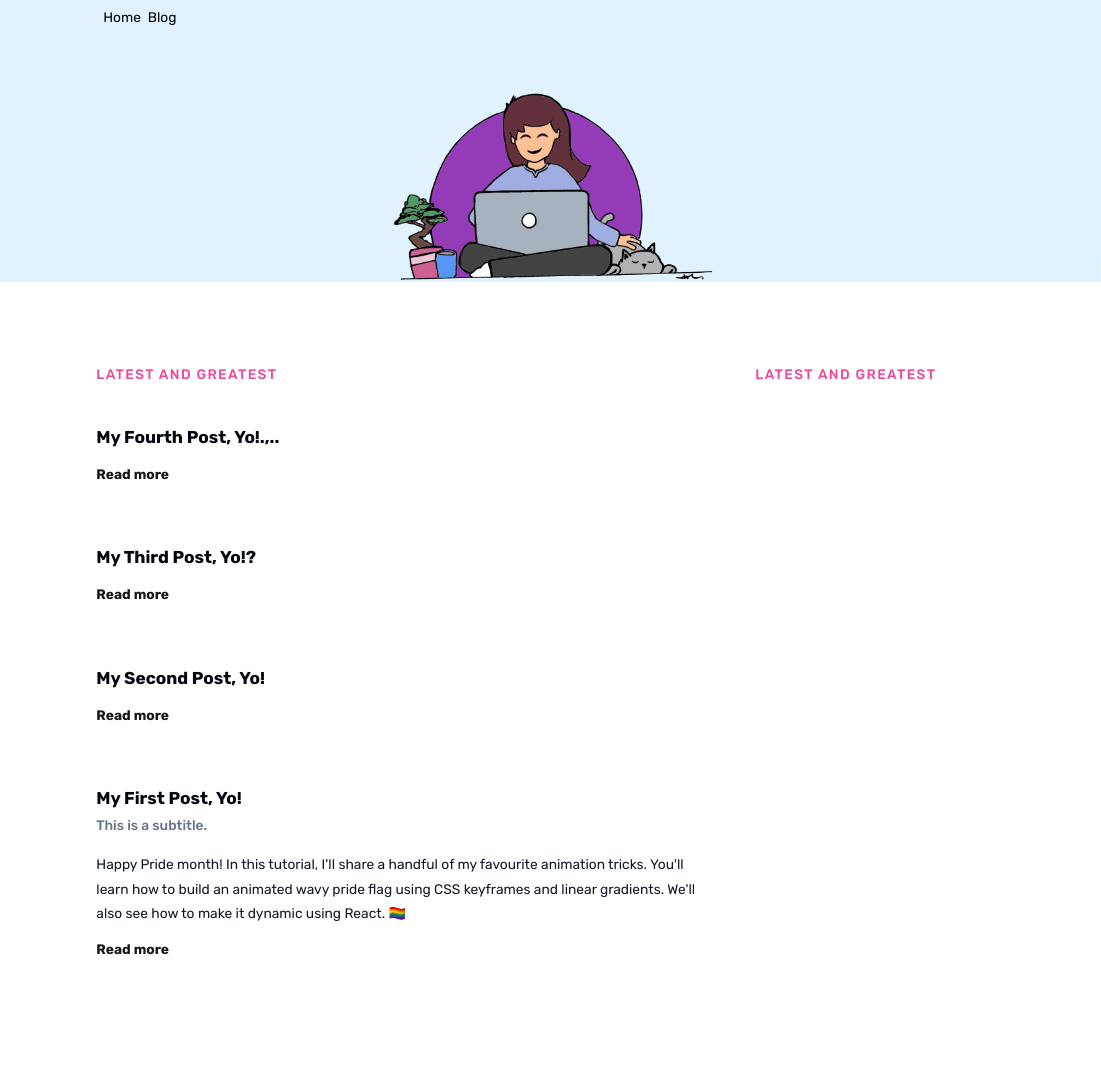
Repository: Risclover/markdown-blog
Page: /
These files come from the project's save history. The page is drawn as it stood at one moment and after the next save; the edit follows.
The browser window is 1280 px wide. The pictures show the whole page, at 86% of full size.
The project was rebuilt for these pictures with package versions that can differ from the ones it lists, and the page was loaded fresh each time. Also part of the build but not shown: src/ErrorPage.js, src/pages/PostPage/PostPage.js.

Above is the page before, as saved 2023-06-29 04:36:41.

### src/index.js
import React from "react";
import ReactDOM from "react-dom/client";
import { createBrowserRouter, RouterProvider } from "react-router-dom";
import "./fonts/wotfard-cufonfonts-webfont/style.css";
import postList from "./posts.json";

import "./index.css";
import App from "./App";
import ErrorPage from "./ErrorPage";
import PostPage from "./pages/PostPage/PostPage";
import Home from "./pages/Home/Home";

const router = createBrowserRouter([
  {
    path: "/",
    element: <App />,
    children: [
      {
        path: "/",
        element: <Home />,
        errorElement: <ErrorPage />,
      },
      {
        path: "/posts/:id",
        element: <PostPage postList={postList} />,
      },
    ],
  },
]);

const root = ReactDOM.createRoot(document.getElementById("root"));
root.render(
  <React.StrictMode>
    <RouterProvider router={router} />
  </React.StrictMode>
);

### src/fonts/wotfard-cufonfonts-webfont/style.css
/* #### Generated By: http://www.cufonfonts.com #### */

    @font-face {
    font-family: 'Wotfard Regular';
    font-style: normal;
    font-weight: normal;
    src: local('Wotfard Regular'), url('Wotfard-Regular.woff') format('woff');
    }

### src/posts.json
[{"id":4,"title":"My Third Post, Yo!?","subtitle":"No subtitle given","description":"No description given","author":"Dave Jones","date":"December 13, 2019","timestamp":1576224000,"content":"\nWelcome to My Blog. _It's a beautiful thing._ I hope you'll have as much fun reading my posts as I have writing them. Well, before we go any further, allow me to introduce myself. I'm Dave Jones. I'm 34, and from Montreal, Canada.\n"},{"id":3,"title":"My Second Post, Yo!","subtitle":"No subtitle given","description":"No description given","author":"Dave Jones","date":"December 11, 2019","timestamp":1576051200,"content":"\nWelcome to My Blog. _It's a beautiful thing._ I hope you'll have as much fun reading my posts as I have writing them. Well, before we go any further, allow me to introduce myself. I'm Dave Jones. I'm 34, and from Montreal, Canada.\n"},{"id":2,"title":"My Fourth Post, Yo!.,..","subtitle":"No subtitle given","description":"No description given","author":"Dave Jones","date":"December 16, 2019","timestamp":1576483200,"content":"\nWelcome to My Blog. _It's a beautiful thing._ I hope you'll have as much fun reading my posts as I have writing them. Well, before we go any further, allow me to introduce myself. I'm Dave Jones. I'm 34, and from Montreal, Canada.\n"},{"id":1,"title":"My First Post, Yo!","subtitle":"This is a subtitle.","description":"Happy Pride month! In this tutorial, I'll share a handful of my favourite animation tricks. You'll learn how to build an animated wavy pride flag using CSS keyframes and linear gradients. We'll also see how to make it dynamic using React. 🏳️‍🌈","author":"Dave Jones","date":"December 11, 2019","timestamp":1576051200,"content":"\nWelcome to My Blog. _It's a beautiful thing._ I hope you'll have as much fun reading my posts as I have writing them. Well, before we go any further, allow me to introduce myself. I'm Dave Jones. I'm 34, and from Montreal, Canada.\n"}]

### src/index.css
/* Importing the Rubik font from Google Fonts */

@import url("https://fonts.googleapis.com/css2?family=Rubik:ital,wght@0,300;0,400;0,500;0,600;0,700;0,800;0,900;1,300;1,400;1,500;1,600;1,700;1,800;1,900&display=swap");

### src/App.js
import "./App.css";
import { Outlet, Route, Routes } from "react-router-dom";
import Home from "./pages/Home/Home";
import NavBar from "./components/NavBar";
import Header from "./components/Header";
import HomeHeader from "./components/HomeHeader";
import postList from "./posts.json";

function App() {
  return (
    <div className="bg-white-100 min-h-screen">
      <Header>
        <NavBar />
        <HomeHeader />
      </Header>
      <div className="m-auto">
        <Outlet />
      </div>
    </div>
  );
}

export default App;

### src/pages/Home/Home.js
import React, { useEffect } from "react";
import postList from "../../posts.json";
import BlogPost from "../../components/BlogPost";
import { Link } from "react-router-dom";
import Categories from "./Categories";

export default function Home() {
  console.log(postList);

  postList.sort((a, b) => {
    let aPost = a.timestamp;
    let bPost = b.timestamp;

    return bPost - aPost;
  });

  return (
    <main className="container px-12 py-24 font-sans mx-auto max-w-6xl w-full flex">
      <section className="mr-16">
        <h2 className="uppercase text-base font-medium tracking-widest text-pink-500 mb-9">
          Latest and Greatest
        </h2>
        <div className="grid grid-cols-1 gap-1 grid-flow-row ">
          {postList.map((post) => (
            <Link to={`/posts/${post.id}`}>
              <BlogPost post={post} />
            </Link>
          ))}
        </div>
      </section>
      <Categories />
    </main>
  );
}

### src/components/NavBar.js
import React from "react";
import { Link } from "react-router-dom";

export default function NavBar() {
  return (
    <div className="py-2">
      <ul className="flex">
        <li className="mx-2">
          <Link to={"/"}>Home</Link>
        </li>
        <li>Blog</li>
      </ul>
    </div>
  );
}

### src/components/Header.js
import React from "react";

export default function Header({ children }) {
  return (
    <header className="w-full bg-sky-100 flex flex-col">
      <div className="max-w-6xl px-12 w-full mx-auto">{children}</div>
    </header>
  );
}

### src/components/HomeHeader.js
import React from "react";
import Avatar from "../images/avatar.png";
export default function HomeHeader() {
  return (
    <div className="h-72 flex flex-col justify-end">
      <div>
        <img className="w-96 m-auto" src={Avatar} />
      </div>
    </div>
  );
}

### src/components/BlogPost.js
import React from "react";
import { HiMiniArrowRight } from "react-icons/hi2";

export default function BlogPost({ post }) {
  return (
    <div
      key={post.id}
      className="container py-2 bg-white mb-12 group cursor-pointer"
    >
      <h3 className="text-xl font-bold leading-8 text-gray-950 group-hover:text-violet-600">
        {post.title}
      </h3>
      {post.subtitle !== "No subtitle given" && (
        <div className="text-slate-500 text-base leading-8 font-medium">
          {post.subtitle}
        </div>
      )}
      {post.description !== "No description given" && (
        <div className="mt-4 font-normal text-gray-900 text-base leading-7">
          {post.description}
        </div>
      )}
      <div className="mt-4 font-bold text-neutral-900 text-base flex items-center">
        <span className="mr-1">Read more</span>{" "}
        <span className="text-lg text-violet-600 hidden group-hover:block">
          <HiMiniArrowRight />
        </span>
      </div>
    </div>
  );
}

### src/pages/Home/Categories.js
import React from "react";

export default function Categories() {
  return (
    <section className="w-3/6">
      <h2 className="uppercase text-base font-medium tracking-widest text-pink-500 mb-9">
        Latest and Greatest
      </h2>{" "}
    </section>
  );
}

### tailwind.config.js
/** @type {import('tailwindcss').Config} */
module.exports = {
  content: [
    "./app/**/*.{js,ts,jsx,tsx,mdx}",
    "./pages/**/*.{js,ts,jsx,tsx,mdx}",
    "./components/**/*.{js,ts,jsx,tsx,mdx}",

    // Or if using `src` directory:
    "./src/**/*.{js,ts,jsx,tsx,mdx}",
  ],
  theme: {
    fontFamily: {
      sans: ["Rubik", "sans-serif"],
    },
    extend: {},
  },
  plugins: [],
};

Loaded but not shown: public/index.html (common file); src/App.css (common file)

After the next save:
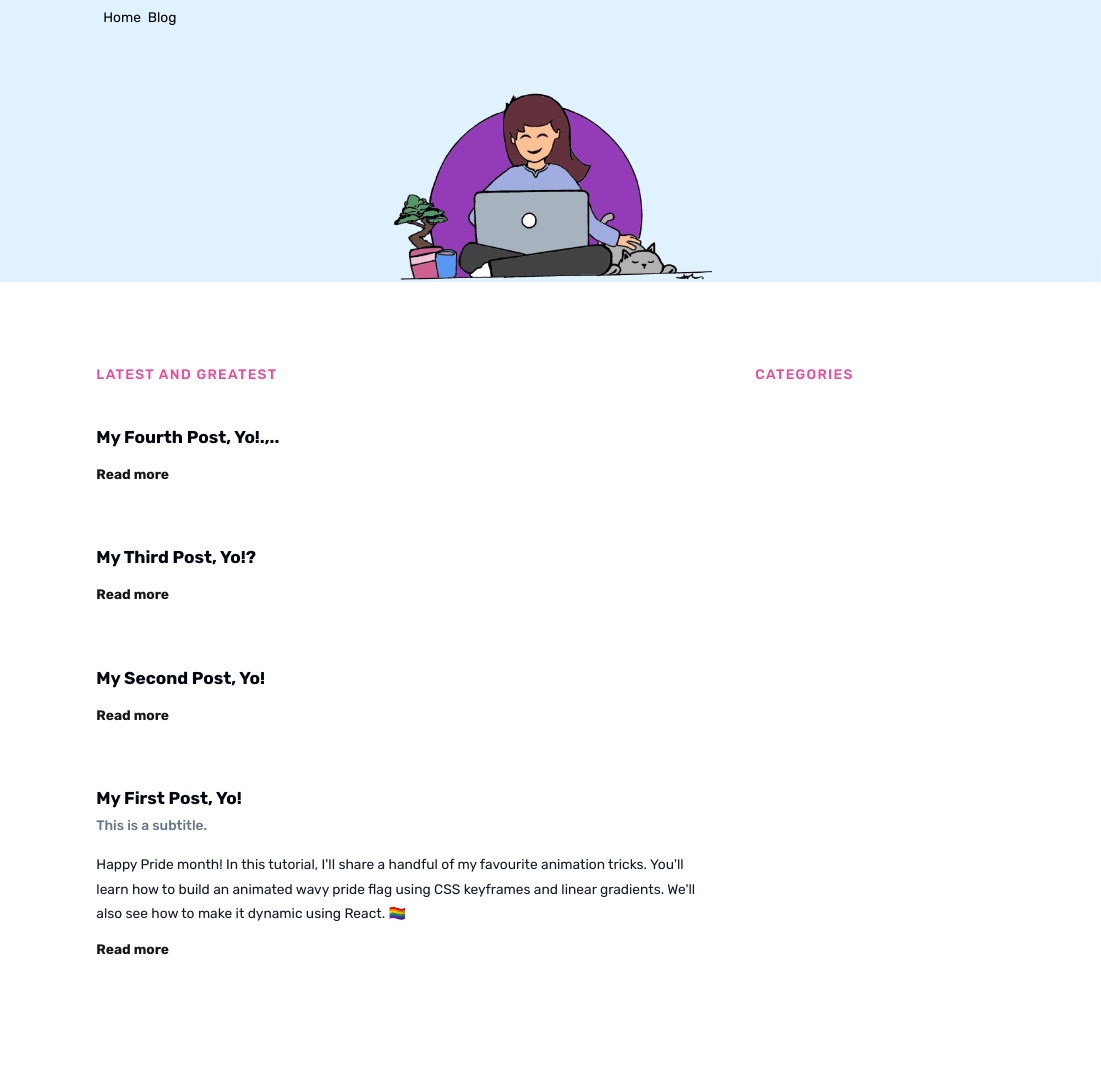
Saved 6 s later.
--- a/src/pages/Home/Categories.js
+++ b/src/pages/Home/Categories.js
@@ -4,7 +4,7 @@
   return (
     <section className="w-3/6">
       <h2 className="uppercase text-base font-medium tracking-widest text-pink-500 mb-9">
-        Latest and Greatest
+        Categories
       </h2>{" "}
     </section>
   );
